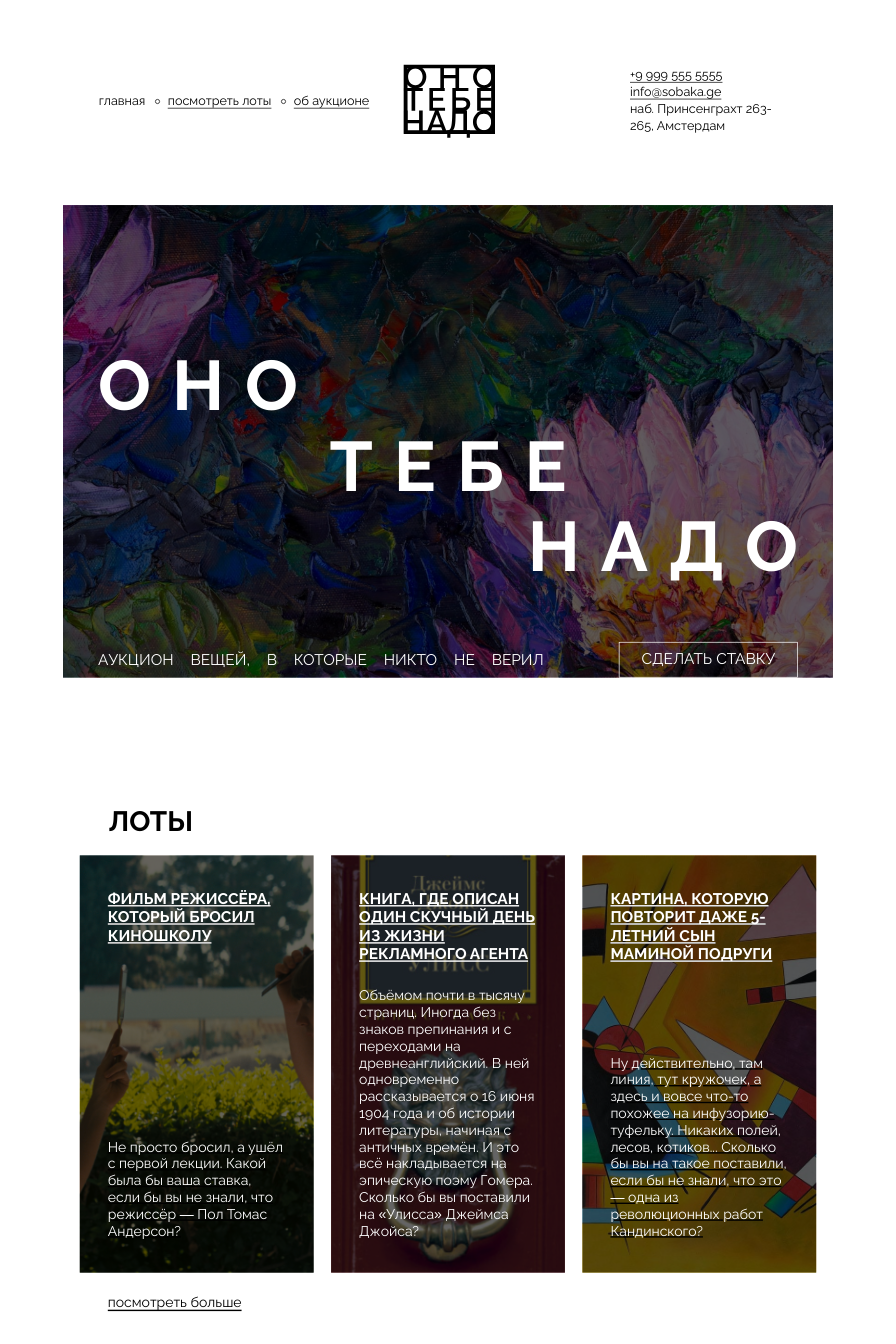
Repository: NikWolf75/ono-tebe-nado-fd
Page: index.html
These files come from the project's save history. The page is drawn as it stood at one moment and after a run of saves; the edit follows.
The browser window is 1280 px wide. The pictures show the part of the page from y = 0 to 1920 px (the page is 2945 px tall before and 2905 px after), at 70% of full size.

Above is the page before, as saved 2024-12-18 15:42:06.

After the next 2 saves:
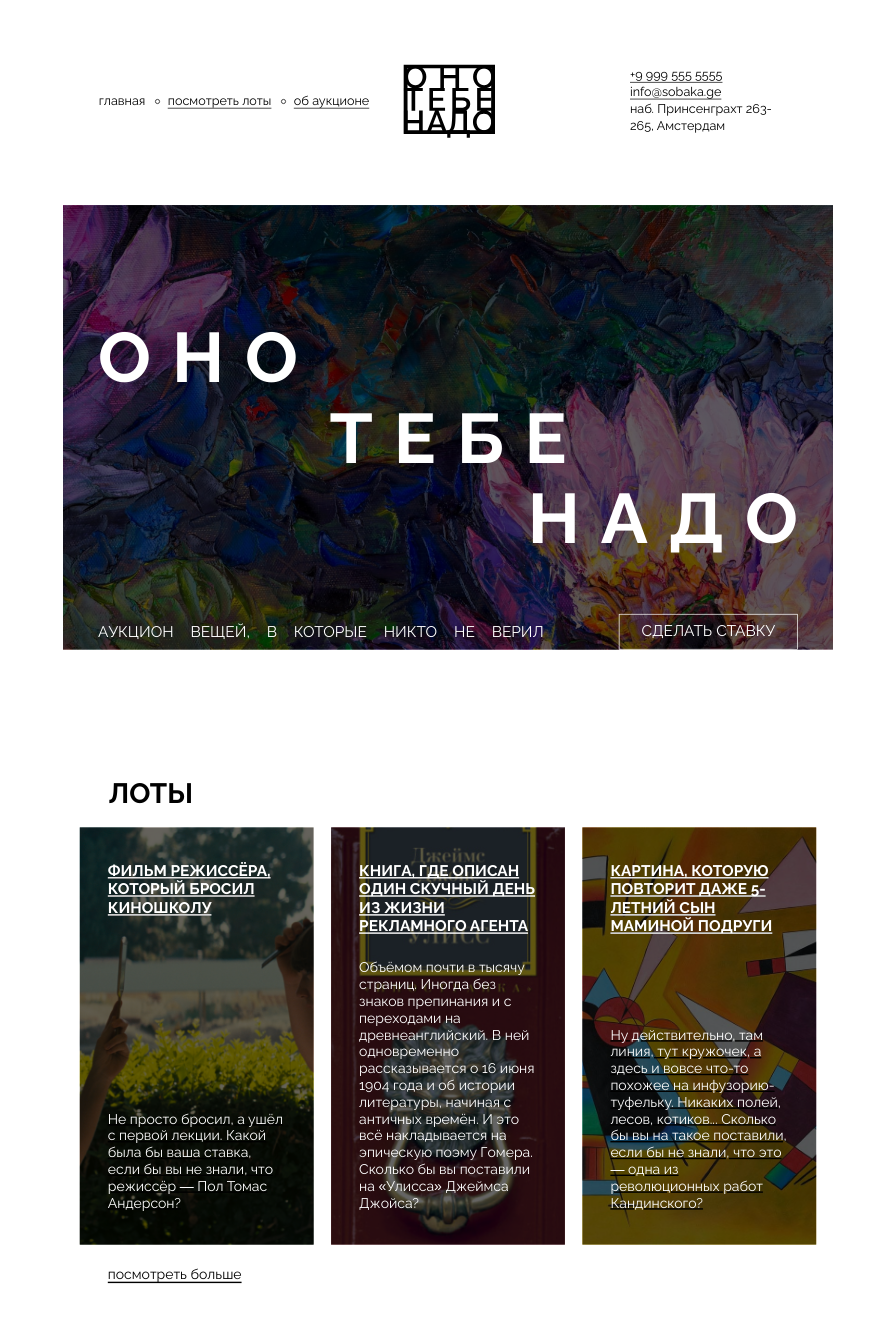
The 2 saves are shown as one change because they came seconds apart.
The last was saved 8 s later.
--- a/styles/style.css
+++ b/styles/style.css
@@ -48,7 +48,7 @@
   background-size: cover;
   background-repeat: no-repeat;
   background-position: center top;
-  padding: 200px 20px 0 50px;
+  padding: 160px 20px 0 50px;
   display: flex;
   flex-direction: column;
   gap: 79px;
